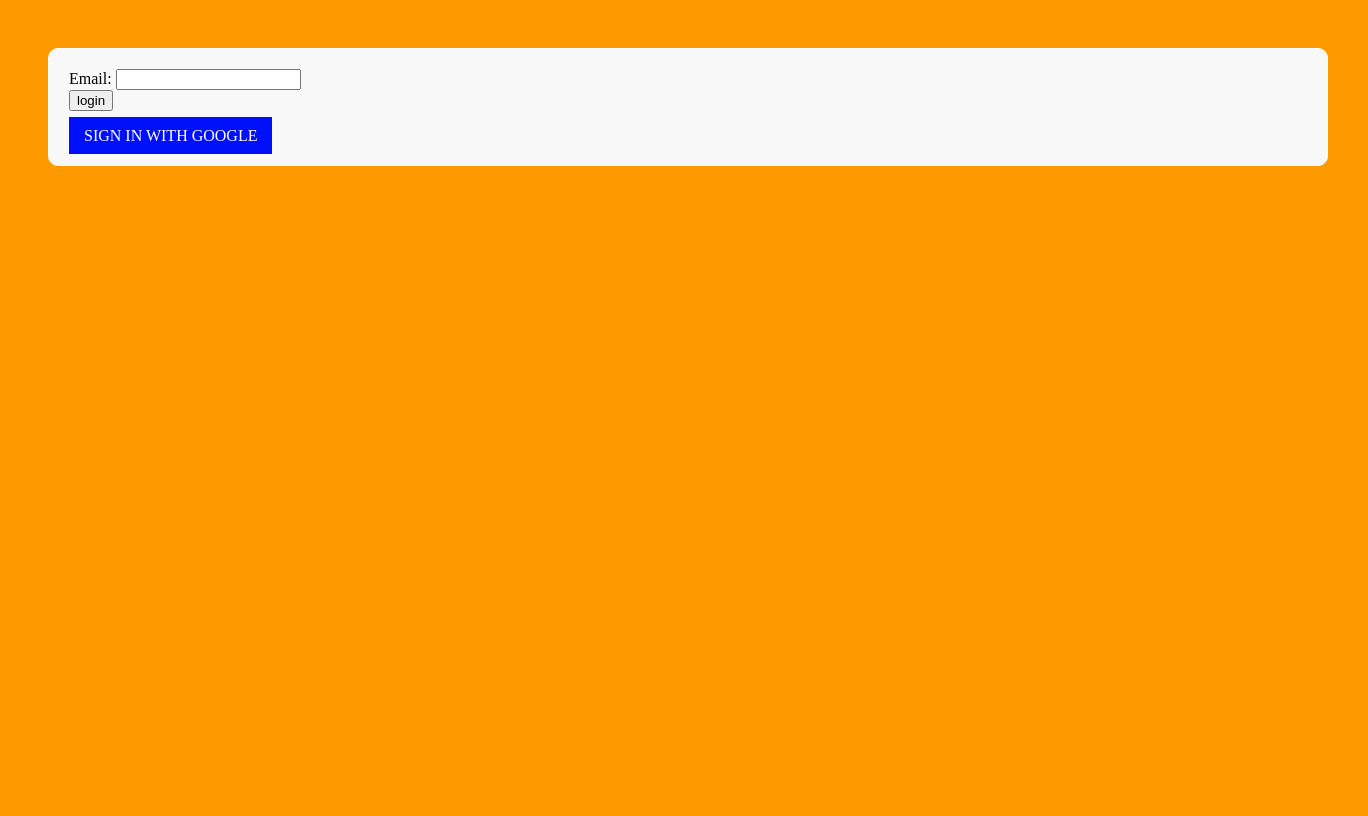
Repository: TharanyaM/Adaptavant--project
Page: Project/war/index.html
An editor plug-in stored every save of this project. The page is shown before and after the next save, followed by the edit.
The browser window is 1280 px wide. The page is 1368 px wide, so the pictures cover 1368 px, including what lies to the right of the window. The pictures show the whole page.
The pointer rests on the first visible `div.login-container a.signin`.

Above is the page before, as saved 2015-10-23 20:59:56.

### Project/war/index.html
<!DOCTYPE HTML PUBLIC "-//W3C//DTD HTML 4.01 Transitional//EN">
<!-- The HTML 4.01 Transitional DOCTYPE declaration-->
<!-- above set at the top of the file will set     -->
<!-- the browser's rendering engine into           -->
<!-- "Quirks Mode". Replacing this declaration     -->
<!-- with a "Standards Mode" doctype is supported, -->
<!-- but may lead to some differences in layout.   -->

<html>
  <head>
    <meta http-equiv="content-type" content="text/html; charset=UTF-8">
    <link href="style/style.css" rel="stylesheet">
    <title>Hello</title>
  </head>

  <body>
   <body>
   <div class="login-container">
		<form action="pro" method="post" name="form1">
			<label>Email:</label>
			 <input name="email" id="email" type="text"> <br>

			 <input type="submit" value="login">
		</form>
		<a href="oaut.jsp" class="signin">SIGN IN WITH GOOGLE</a>
	</div>
</body>
  </body>
</html>

### Project/war/style/style.css
@CHARSET "ISO-8859-1";

body {
	padding:40px;
	width:100%;
	height:100%;
	background-color:#F90;
}

div.login-container {
	background-color:#f8f8f8;
	border:thin #fff solid;
	border-radius:10px;
	color:#000;
	padding:20px;
}

div.login-container a.signin
{
	padding:10px;
	padding-left:20px;
	padding-right:20px;
	color:#fff;
	background-color:#0010f6;
	text-decoration:none;
}

div.login-container a.signin:hover
{
	padding:10px;
	padding-left:15px;
	padding-right:15px;
	color:#fff;
	background-color:#0010fb;
	text-decoration:none;
}

After the next save:
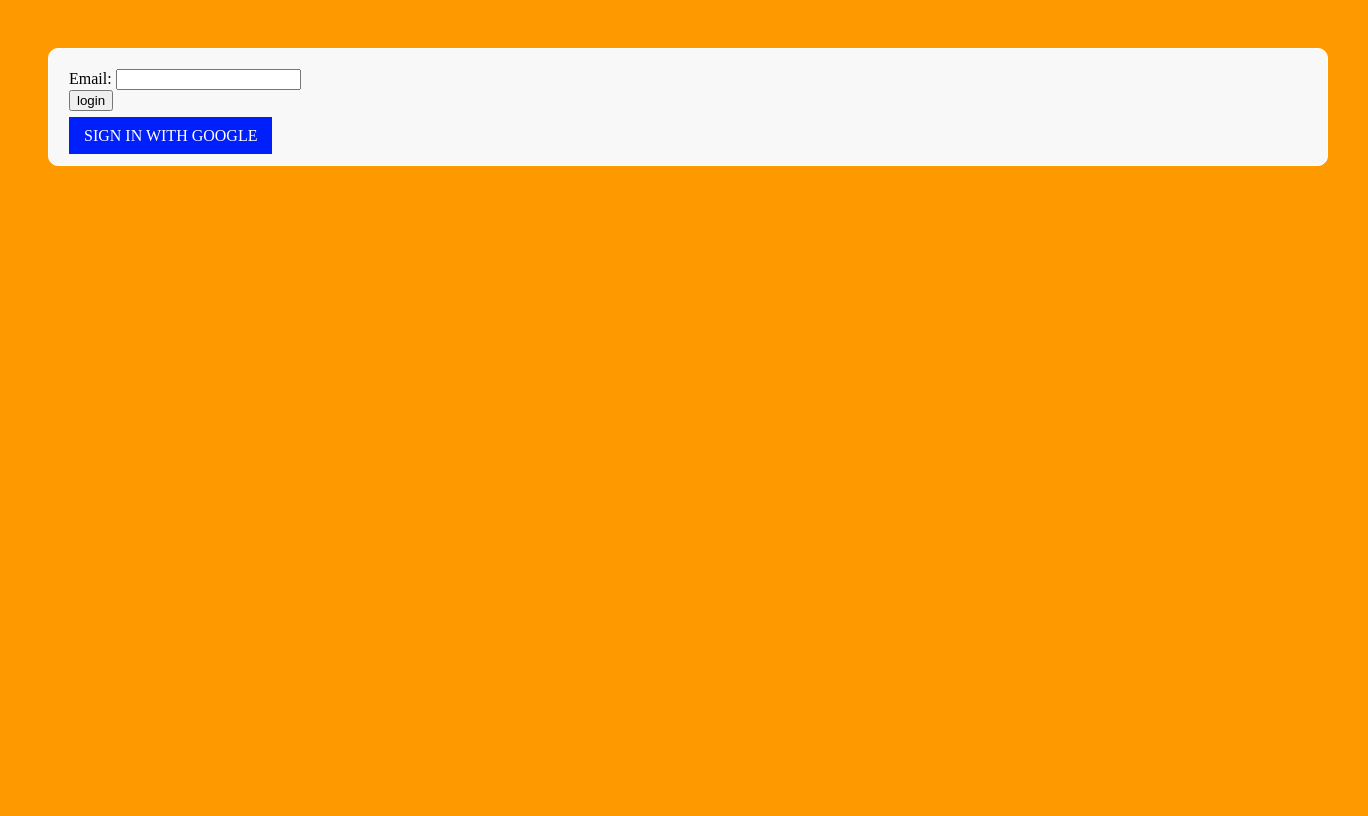
Saved 23 s later.
--- a/Project/war/style/style.css
+++ b/Project/war/style/style.css
@@ -31,6 +31,6 @@ div.login-container a.signin:hover
 	padding-left:15px;
 	padding-right:15px;
 	color:#fff;
-	background-color:#0010fb;
+	background-color:#001ffb;
 	text-decoration:none;
 }
